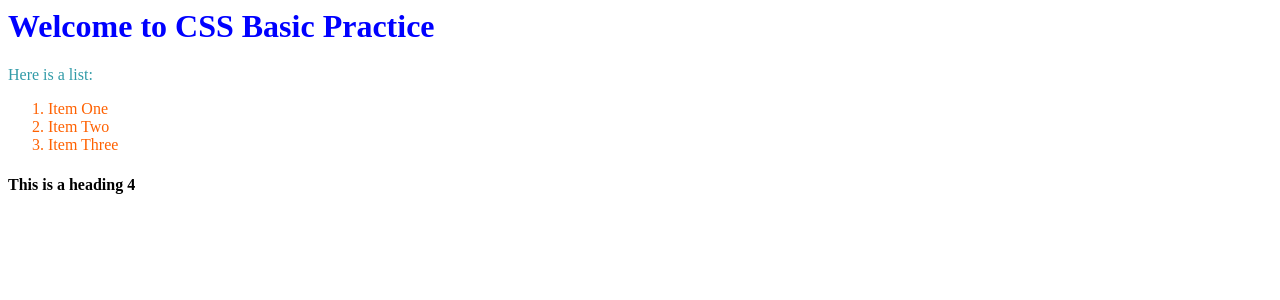
Repository: MonwarAdeeb/Bista_Solutions
Page: HTML & CSS/CSS/Level One/Level_One.html
An editor plug-in stored every save of this project. The page is shown before and after the next save, followed by the edit.
The browser window is 1280 px wide. The pictures show the whole page.

Above is the page before, as saved 2021-05-19 16:15:36.

### HTML & CSS/CSS/Level One/Level_One.html
<html lang="en">
<head>
    <meta charset="UTF-8">
    <meta http-equiv="X-UA-Compatible" content="IE=edge">
    <meta name="viewport" content="width=device-width, initial-scale=1.0">
    <title>CSS Basics</title>
    <link rel="stylesheet" href="Level_One_CSS.css">
</head>
<body>
    <h1>Welcome to CSS Basic Practice</h1>

    <p>Here is a list:</p>

    <ol>
        <li>Item One</li>
        <li>Item Two</li>
        <li>Item Three</li>
    </ol>

    <h4>This is a heading 4</h4>
</body>
</html>

### HTML & CSS/CSS/Level One/Level_One_CSS.css
/* General Format */
/* selected tag{
    property: value;
} */

h1 {
  color: blue;
}

li {
  color: rgb(255, 97, 0);
}

p {
  color: #329ba8;
}

h4 {
    color: rgba(255, 97, 0, alpha);
}

After the next save:
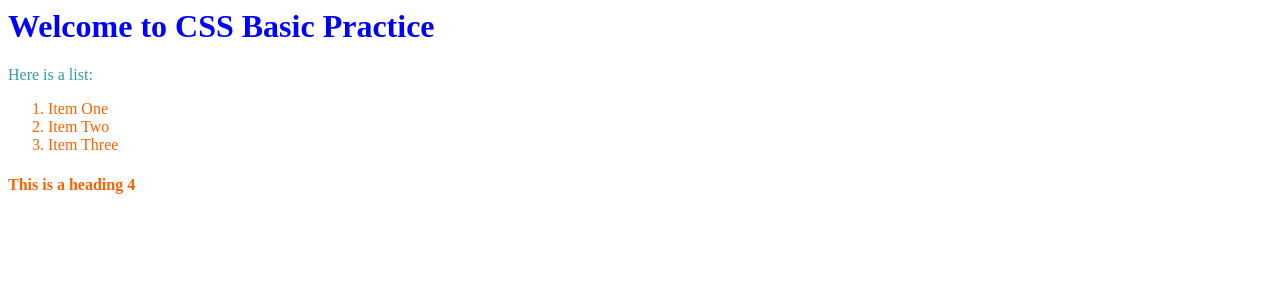
Saved 7 s later.
--- a/HTML & CSS/CSS/Level One/Level_One_CSS.css
+++ b/HTML & CSS/CSS/Level One/Level_One_CSS.css
@@ -16,5 +16,5 @@
 }
 
 h4 {
-    color: rgba(255, 97, 0, alpha);
+  color: rgba(255, 97, 0, 1);
 }
